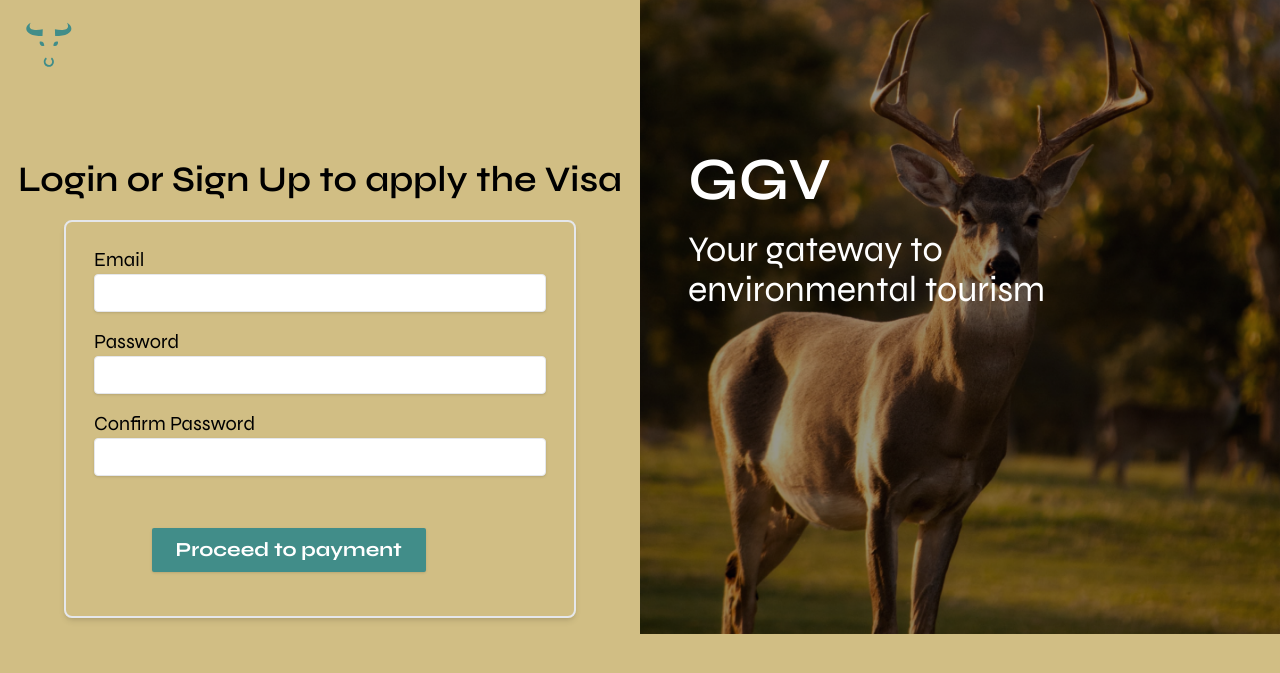
Repository: EngrAhmadUmar/landing-page
Page: /register
An editor plug-in stored every save of this project. The page is shown before and after the next save, followed by the edit.
The browser window is 1280 px wide. The pictures show the whole page.
The project was rebuilt for these pictures with package versions that can differ from the ones it lists, and the page was loaded fresh each time. The framework's server and built-in components were replaced by stand-ins that run in the browser. Also part of the build but not shown: next.config.js, styles/Home.module.css, src/Components/ApplyPageComponents/ApplyForm.jsx, src/Components/ApplyPageComponents/LoginForm.jsx.

Above is the page before, as saved 2022-07-06 11:36:46.

### pages/_app.js
import "../styles/globals.css";
import { ApolloClient, InMemoryCache, ApolloProvider } from "@apollo/client";

//apollo clients
const client = new ApolloClient({
  uri: "http://localhost:1337/graphql",
  cache: new InMemoryCache()
});

function MyApp({ Component, pageProps }) {
  return (
    <ApolloProvider client={client}>
      <Component {...pageProps} />
    </ApolloProvider>
  );
}

export default MyApp;

### pages/register.js
import React from "react";
import { RegisterForm } from "../src/Components/ApplyPageComponents/Index";

export default function Login() {
  return (
    <React.Fragment>
      <div className="bg-[#d1be84] h-[100vh]">
        <RegisterForm />
      </div>
    </React.Fragment>
  );
}

### pages/api/checkout_sessions.js
const stripe = require("stripe")(process.env.STRIPE_SECRET_KEY);

export default async function handler(req, res) {
  if (req.method === "POST") {
    try {
      const sgMail = require("@sendgrid/mail");
      sgMail.setApiKey(process.env.SENDGRID_API_KEY);
      const message = {
        to: "zcaptain65@gmail.com",
        from: "zcaptain2002@gmail.com",
        // subject: "Scenario 44",
        // text: "Lift and coast where possible",
        templateId: "d-f408be01db99489cbd757d4607cf23f2",
        dynamicTemplateData: {
          subject: "GGV Test Email",
        },
        // html: "<h1>Success</h1> <p>We received your purchase request;<br/> we'll be in touch shortly!</p>",
      };

      sgMail
        .send(message)
        .then((response) => console.log("Email Sent"))
        .catch((error) => console.log(error.message));
      // Create Checkout Sessions from body params.
      const session = await stripe.checkout.sessions.create({
        line_items: [
          {
            // Provide the exact Price ID (for example, pr_1234) of the product you want to sell
            price: "price_1LG6qaFQPGmzrn5tDKjmnos3",
            quantity: 1,
          },
        ],
        mode: "payment",

        success_url: `${req.headers.origin}/payments/?success=true`,
        cancel_url: `${req.headers.origin}/payments/?canceled=true`,
      });
      res.redirect(303, session.url);
    } catch (err) {
      res.status(err.statusCode || 500).json(err.message);
    }
  } else {
    res.setHeader("Allow", "POST");
    res.status(405).end("Method Not Allowed");
  }
}

### styles/globals.css
@import url("https://fonts.googleapis.com/css2?family=Poppins:wght@400;500;600&family=Syne:wght@400;500;600;700&display=swap");

@tailwind base;
@tailwind components;
@tailwind utilities;

### src/Components/ApplyPageComponents/Index.jsx
export { default as ApplyForm } from "./ApplyForm";
export { default as LoginForm } from "./LoginForm";
export { default as RegisterForm } from "./RegisterForm";

### src/Components/ApplyPageComponents/RegisterForm.jsx
import { gql, useMutation } from "@apollo/client";
import Head from "next/head";
import Image from "next/image";
import { useState, useRef } from "react";
import styles from "../../../styles/Home.module.css";

const reg = gql`
  mutation joinUs($username: String!, $email: String!, $password: String!) {
    register(input: { email: $email, password: $password }) {
      jwt
      user {
        id
        email
      }
    }
  }
`;

const JoinUs = () => {
  const emailInputRef = useRef();
  const passwordInputRef = useRef();
  const confirmPasswordInputRef = useRef();

  const [email, setEmail] = useState("");
  const onChangeEmail = (e) => {
    setEmail(e.target.value);
  };
  const [password, setPassword] = useState("");
  const onChangePassword = (e) => {
    setPassword(e.target.value);
  };

  const [confirmPassowrd, setConfirmPassword] = useState("");
  const confirmPasswordChangeHandler = (event) => {
    setConfirmPassword(event.target.value);
  };
  const [joinUs, { data, loading, error }] = useMutation(reg, {
    variables: {
      email: email,
      password: password
    }
  });

  const onSubmit = (e) => {
    e.preventDefault();
    if (email === "" || password === "") {
      return alert("please fill in all fields");
    }

    // check if the password match
    if (
      passwordInputRef.current.value != confirmPasswordInputRef.current.value
    ) {
      return alert("Passwords must match");
    }
    joinUs(password, email);

    setEmail("");
    setPassword("");
    setConfirmPassword("");
  };

  return (
    <div className=" font-syne " id="joinUs">
      <Head>
        <title>Welcome to GGV</title>
        <meta name="description" content="Join Our Family" />
      </Head>
      <div className="font-syne bg-[#d1be84] bg-cover grid grid-col-1 md:grid-cols-2 2xl:h-[100vh]">
        <div className="">
          <div className="w-[50px] h-40 pt-5 ml-6">
            <Image
              src="/logo.svg"
              layout="responsive"
              width={5}
              height={5}
              opacity={100}
            />
          </div>
          <h3
            className={`${
              styles.headings
            }  ${"text-center text-3xl md:text-4xl mb-5 font-semibold"}`}
          >
            Login or Sign Up to apply the Visa
          </h3>
          <form
            onSubmit={onSubmit}
            className="shadow-md rounded-lg px-7 pt-6 pb-8 m-4 lg:mx-12 xl:mx-auto border-gray border-2 font-Syne md:max-w-lg"
          >
            <div className="mb-4">
              <label className="text-lg md:text-xl">Email</label>
              <input
                type="email"
                ref={emailInputRef}
                value={email}
                onChange={onChangeEmail}
                placeholder=""
                className="shadow appearance-none border rounded w-full py-2 px-3 text-gray-700 leading-tight focus:outline-none focus:shadow-outline"
              />
            </div>
            <div className="mb-4">
              <label className="text-lg md:text-xl">Password</label>
              <input
                type="password"
                ref={passwordInputRef}
                value={password}
                onChange={onChangePassword}
                placeholder=""
                className="shadow appearance-none border rounded w-full py-2 px-3 text-gray-700 leading-tight focus:outline-none focus:shadow-outline"
              />
            </div>
            <div className="mb-4">
              <label className="text-lg md:text-xl">Confirm Password</label>
              <input
                type="password"
                ref={confirmPasswordInputRef}
                value={confirmPassowrd}
                onChange={confirmPasswordChangeHandler}
                placeholder=""
                className="shadow appearance-none border rounded w-full py-2 px-3 text-gray-700 leading-tight focus:outline-none focus:shadow-outline"
              />
            </div>
            <div className="mt-5 ml-[8vh]">
              <button
                className="shadow focus:shadow-outline focus:outline-none text-white font-bold py-2 px-6 md:text-xl bg-[#418d89] rounded-sm mt-8 mb-3 py-1"
                onClick={onSubmit}
              >
                Proceed to payment
              </button>
            </div>
          </form>
        </div>

        <div className="md:flex hidden text-white bg-[url('/apply_for_visa_bg.png')]  bg-cover bg-no-repeat sm:bg-center md:bg-bottom lg:bg-bottom xl:bg-bottom 2xl:center">
          <div className="mt-[50px] md:mt-[150px] mx-4 md:mx-12">
            <h3 className="  text-4xl md:text-5xl lg:text-6xl font-semibold">
              GGV
            </h3>
            <p className="max-w-md md:max-w-xl text-2xl md:text-4xl mt-5">
              Your gateway to <br></br>environmental tourism
            </p>
          </div>
          <div></div>
        </div>
      </div>
      <>
        {data && (
          <div>
            <h1>Token: {data.register?.jwt}</h1>
            <span>UserID: {data.register.user?.id} </span>
            <span>UserEmail: {data.register.user?.email} </span>
          </div>
        )}
      </>
    </div>
  );
};

export default JoinUs;

### tailwind.config.js
/** @type {import('tailwindcss').Config} */
module.exports = {
  content: [
    "./pages/**/*.{js,ts,jsx,tsx}",
    "./components/**/*.{js,ts,jsx,tsx}",
    "./src/Components/**/*.{js,ts,jsx,tsx}"
  ],
  theme: {
    extend: {
      colors: {
        black: "#000107",
        green: "#418D89"
      },
      fontFamily: {
        syne: ["Syne"]
      }
    }
  },
  plugins: []
};

Loaded but not shown: pages/api/email.js (no copy from this time; the picture is the same without it)

After the next save:
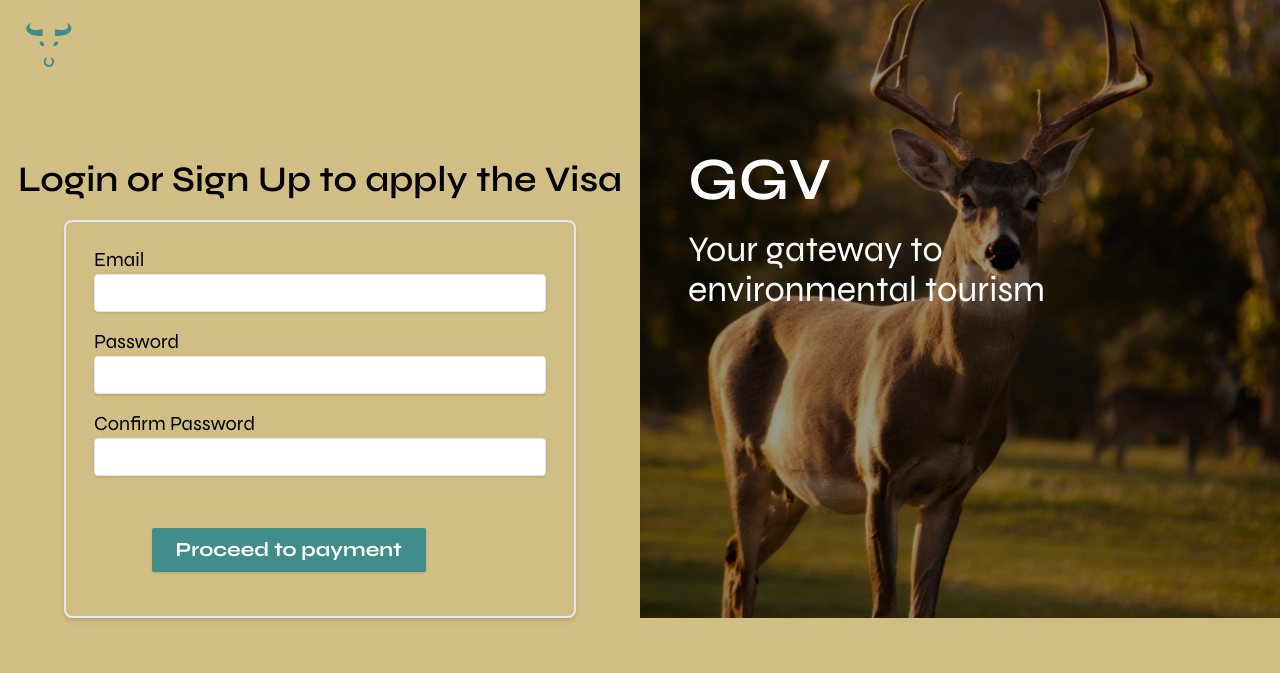
Saved 15 s later.
--- a/src/Components/ApplyPageComponents/RegisterForm.jsx
+++ b/src/Components/ApplyPageComponents/RegisterForm.jsx
@@ -86,7 +86,7 @@ const JoinUs = () => {
           </h3>
           <form
             onSubmit={onSubmit}
-            className="shadow-md rounded-lg px-7 pt-6 pb-8 m-4 lg:mx-12 xl:mx-auto border-gray border-2 font-Syne md:max-w-lg"
+            className="shadow-md rounded-lg px-7 pt-6 pb-8  lg:mx-12 xl:mx-auto border-gray border-2 font-Syne md:max-w-lg"
           >
             <div className="mb-4">
               <label className="text-lg md:text-xl">Email</label>
